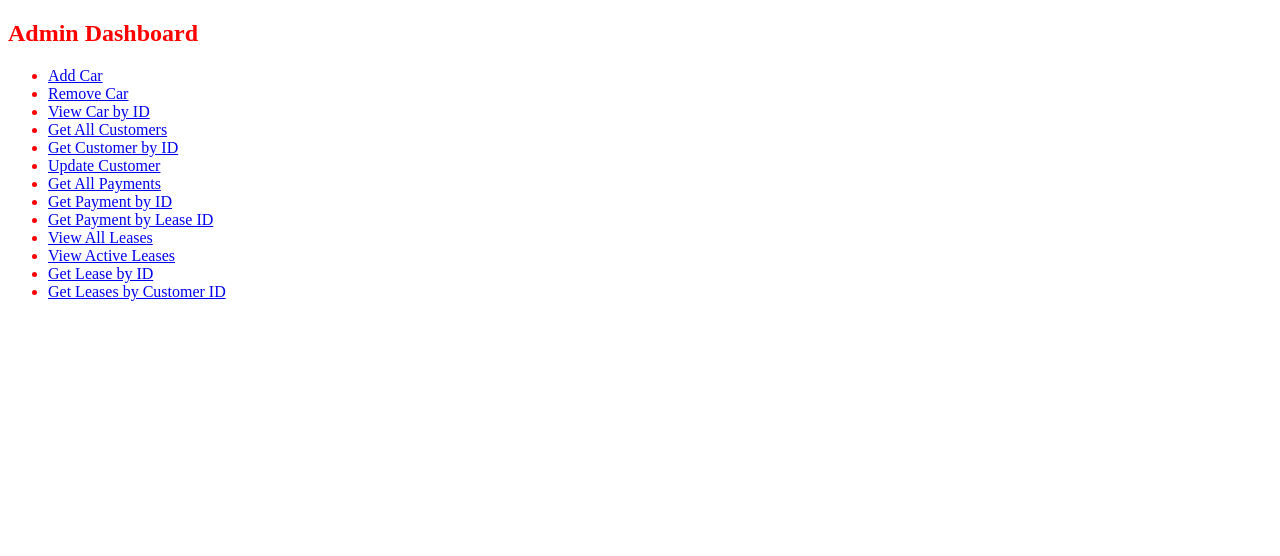
Repository: NirmalyaSatapathy/NirmalyaSatapathyProjects
Page: CarRental/CarRental/src/main/webapp/admin.html
These files come from the project's save history. The page is drawn as it stood at one moment and after the next save; the edit follows.
The browser window is 1280 px wide. The pictures show the whole page.

Above is the page before, as saved 2025-05-05 06:08:22.

### CarRental/CarRental/src/main/webapp/admin.html
<!DOCTYPE html>
<html>
<head>
<meta charset="UTF-8">
<title>Insert title here</title>

</head>
<body style="color:red;">
 <h2>Admin Dashboard</h2>
    <ul>
        <li><a href="addCar.html">Add Car</a></li>
        <li><a href="removeCar.html">Remove Car</a></li>
        <li><a href="viewCar.html">View Car by ID</a></li>
        <li><a href="getAllCustomers.html">Get All Customers</a></li>
        <li><a href="getCustomerById.html">Get Customer by ID</a></li>
        <li><a href="updateCustomer.html">Update Customer</a></li>
        <li><a href="getAllPayments.html">Get All Payments</a></li>
        <li><a href="getPaymentsById.html">Get Payment by ID</a></li>
        <li><a href="getPaymentbyLease.html">Get Payment by Lease ID</a></li>
        <li><a href="allLeases.html">View All Leases</a></li>
        <li><a href="activeLeases.html">View Active Leases</a></li>
        <li><a href="getLease.html">Get Lease by ID</a></li>
        <li><a href="getLeaseCustomer.html">Get Leases by Customer ID</a></li>
    </ul>
</body>
</html>

After the next save:
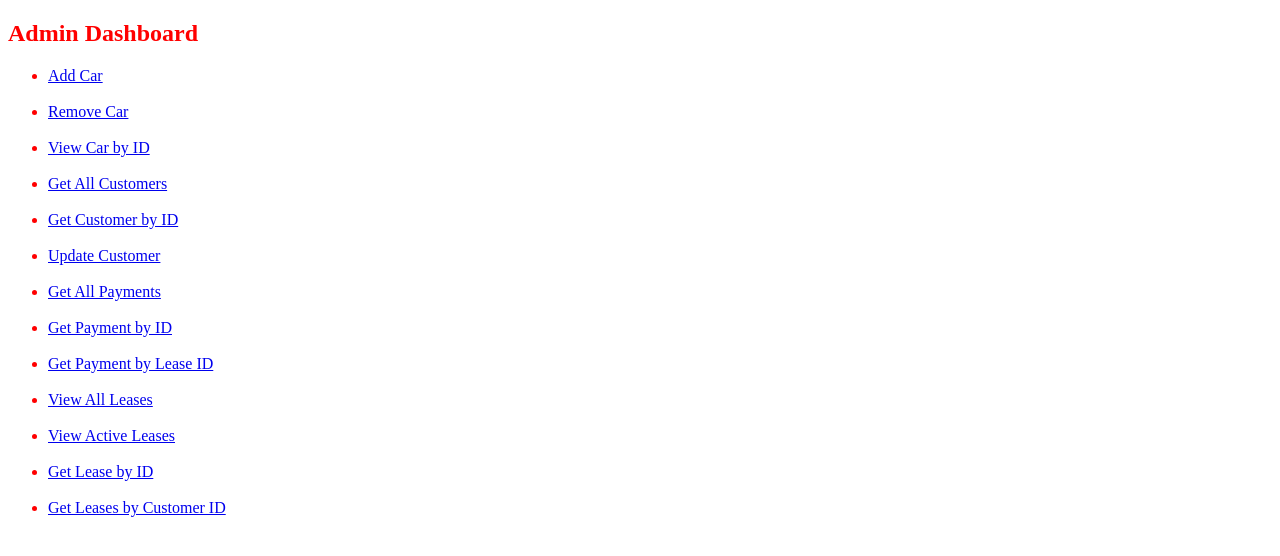
Saved 87 s later.
--- a/CarRental/CarRental/src/main/webapp/admin.html
+++ b/CarRental/CarRental/src/main/webapp/admin.html
@@ -8,19 +8,19 @@
 <body style="color:red;">
  <h2>Admin Dashboard</h2>
     <ul>
-        <li><a href="addCar.html">Add Car</a></li>
-        <li><a href="removeCar.html">Remove Car</a></li>
-        <li><a href="viewCar.html">View Car by ID</a></li>
-        <li><a href="getAllCustomers.html">Get All Customers</a></li>
-        <li><a href="getCustomerById.html">Get Customer by ID</a></li>
-        <li><a href="updateCustomer.html">Update Customer</a></li>
-        <li><a href="getAllPayments.html">Get All Payments</a></li>
-        <li><a href="getPaymentsById.html">Get Payment by ID</a></li>
-        <li><a href="getPaymentbyLease.html">Get Payment by Lease ID</a></li>
-        <li><a href="allLeases.html">View All Leases</a></li>
-        <li><a href="activeLeases.html">View Active Leases</a></li>
-        <li><a href="getLease.html">Get Lease by ID</a></li>
-        <li><a href="getLeaseCustomer.html">Get Leases by Customer ID</a></li>
+        <li><a href="addCar.html">Add Car</a></li><br>
+        <li><a href="removeCar.html">Remove Car</a></li><br>
+        <li><a href="viewCar.html">View Car by ID</a></li><br>
+        <li><a href="getAllCustomers.html">Get All Customers</a></li><br>
+        <li><a href="getCustomerById.html">Get Customer by ID</a></li><br>
+        <li><a href="updateCustomer.html">Update Customer</a></li><br>
+        <li><a href="getAllPayments.html">Get All Payments</a></li><br>
+        <li><a href="getPaymentsById.html">Get Payment by ID</a></li><br>
+        <li><a href="getPaymentbyLease.html">Get Payment by Lease ID</a></li><br>
+        <li><a href="allLeases.html">View All Leases</a></li><br>
+        <li><a href="activeLeases.html">View Active Leases</a></li><br>
+        <li><a href="getLease.html">Get Lease by ID</a></li><br>
+        <li><a href="getLeaseCustomer.html">Get Leases by Customer ID</a></li><br>
     </ul>
 </body>
 </html>
